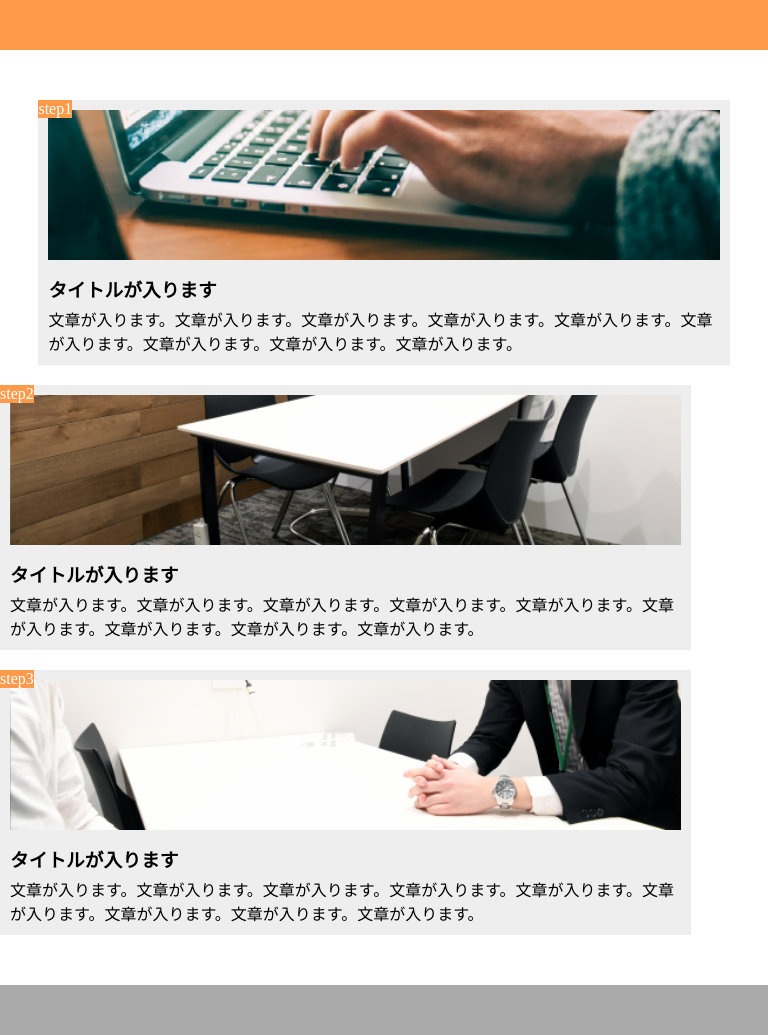
Repository: Takahiro620/dmmwebcamp
Page: enshu9/enshu9.html
The author's editor kept a record of every edit. The page is drawn from the files as they stood at one moment, then again after the next edit.
The browser window is 768 px wide. The pictures show the whole page.

Above is the page before.

After the next edit:
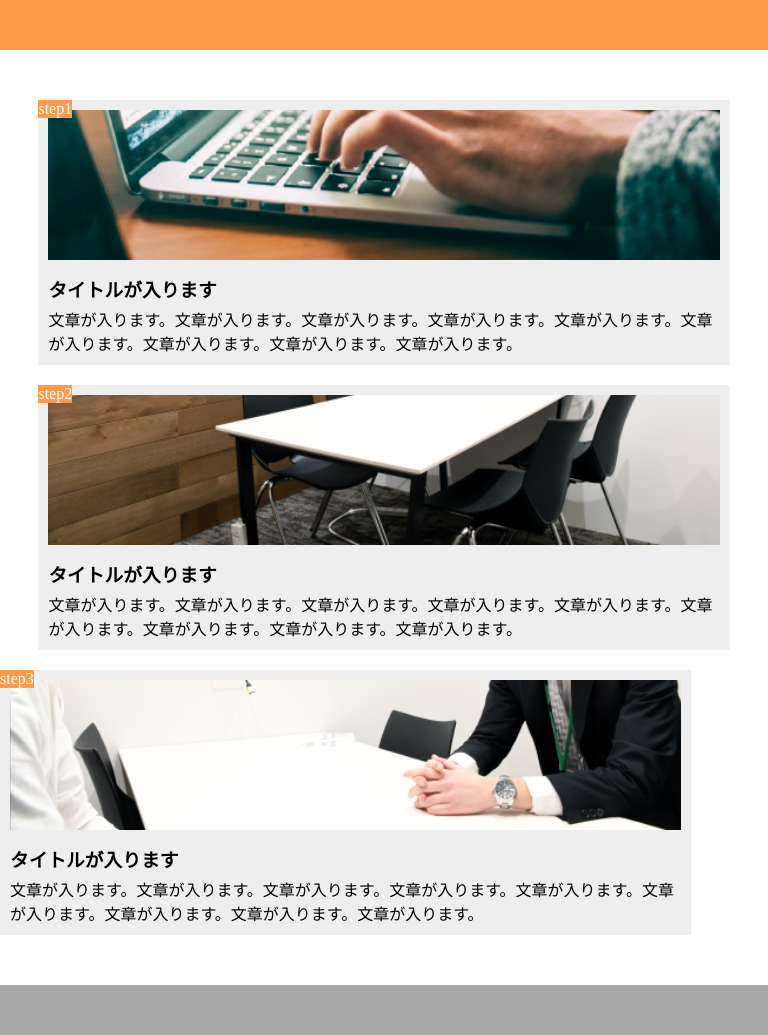
The edit:
--- a/enshu9/enshu9.css
+++ b/enshu9/enshu9.css
@@ -135,7 +135,7 @@
 
 .main-2{
   width: 90%;
-  margin-bottom: 20px;
+  margin: 0 auto 20px auto;
   padding: 10px;
   position: relative;
   background-color: #eee;
